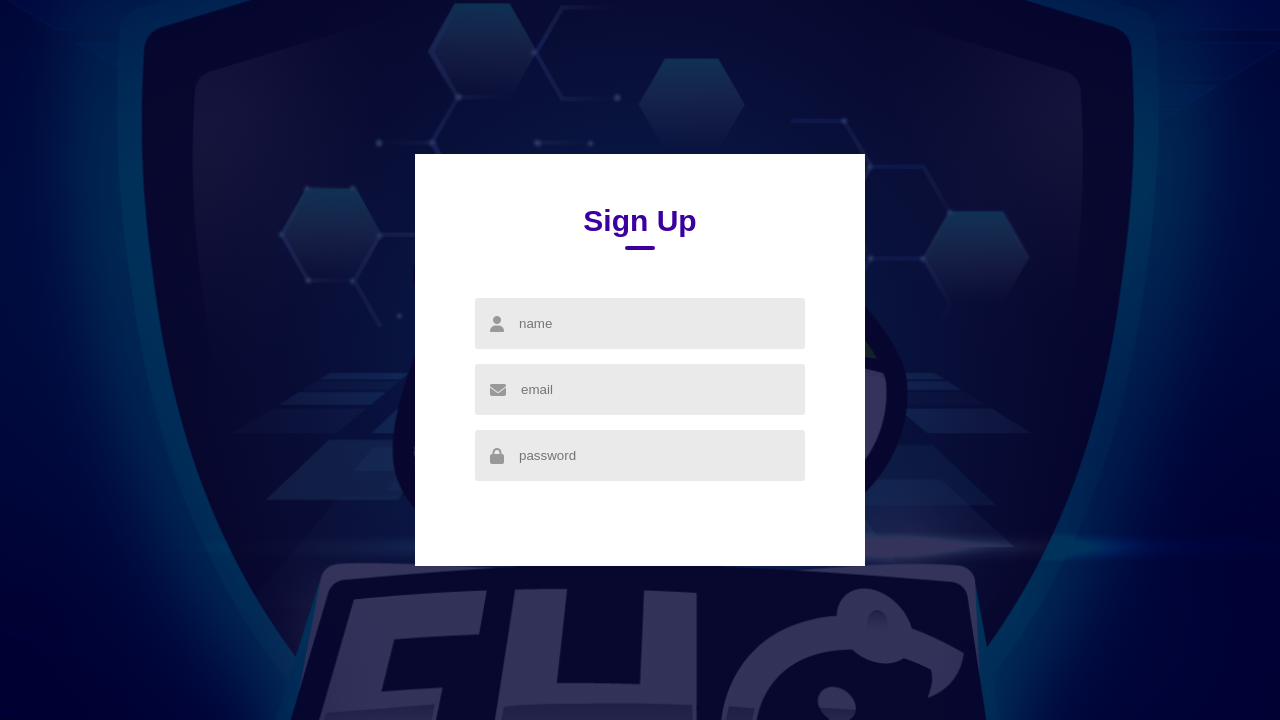
Repository: vietanhlek48/loginProject
Page: index.html
These files come from the project's save history. The page is drawn as it stood at one moment and after the next save; the edit follows.
The browser window is 1280 px wide. The pictures show the whole page.
Some web libraries are served in a nearby version.

Above is the page before, as saved 2023-02-16 00:55:30.

After the next save:
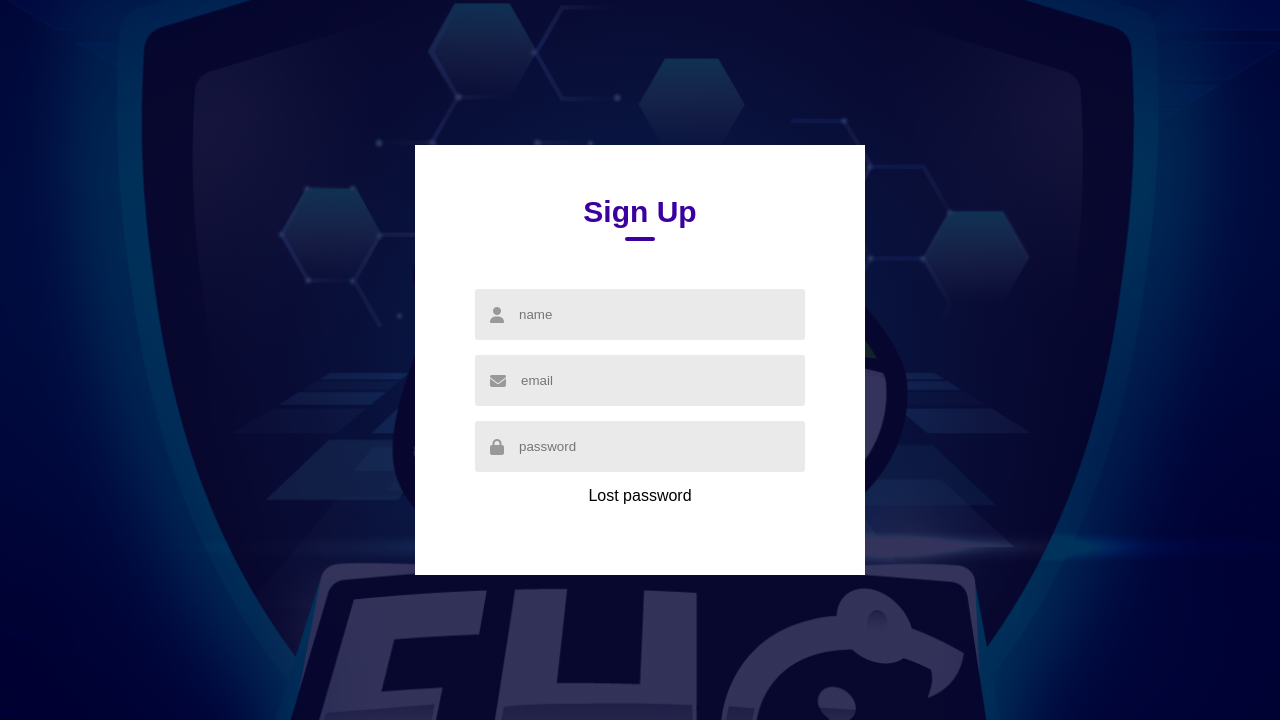
Saved 44 s later.
--- a/index.html
+++ b/index.html
@@ -29,7 +29,7 @@
                         <input type="password" placeholder="password">
                     </div>
                 </div>
-
+                <p>Lost password <a href=""></a></p>
             </form>
         </div>
 
